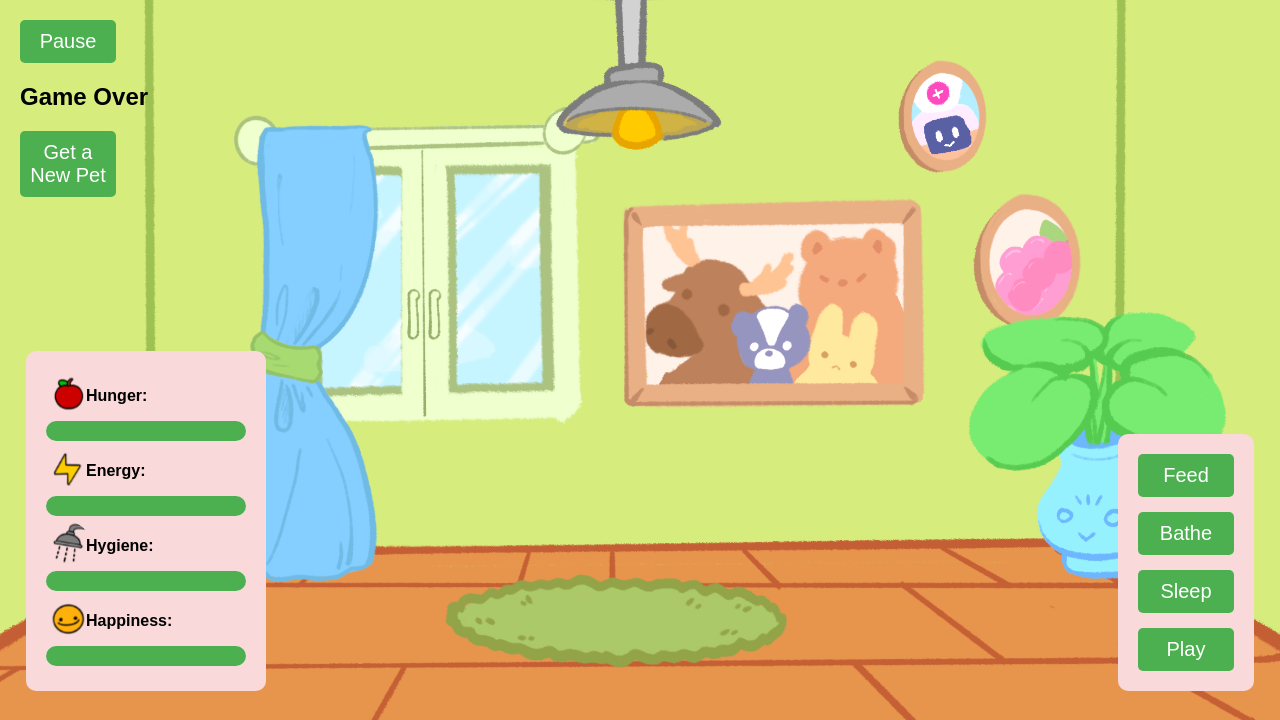
Repository: sarahjx/CapyCare
Page: html/index.html
An editor plug-in stored every save of this project. The page is shown before and after the next save, followed by the edit.
The browser window is 1280 px wide. The pictures show the whole page.
Some web fonts or font styles are not loaded; a fallback is used.

Above is the page before, as saved 2025-05-01 14:16:56.
Console error: TypeError: Cannot set properties of null (setting 'innerText')

After the next save:
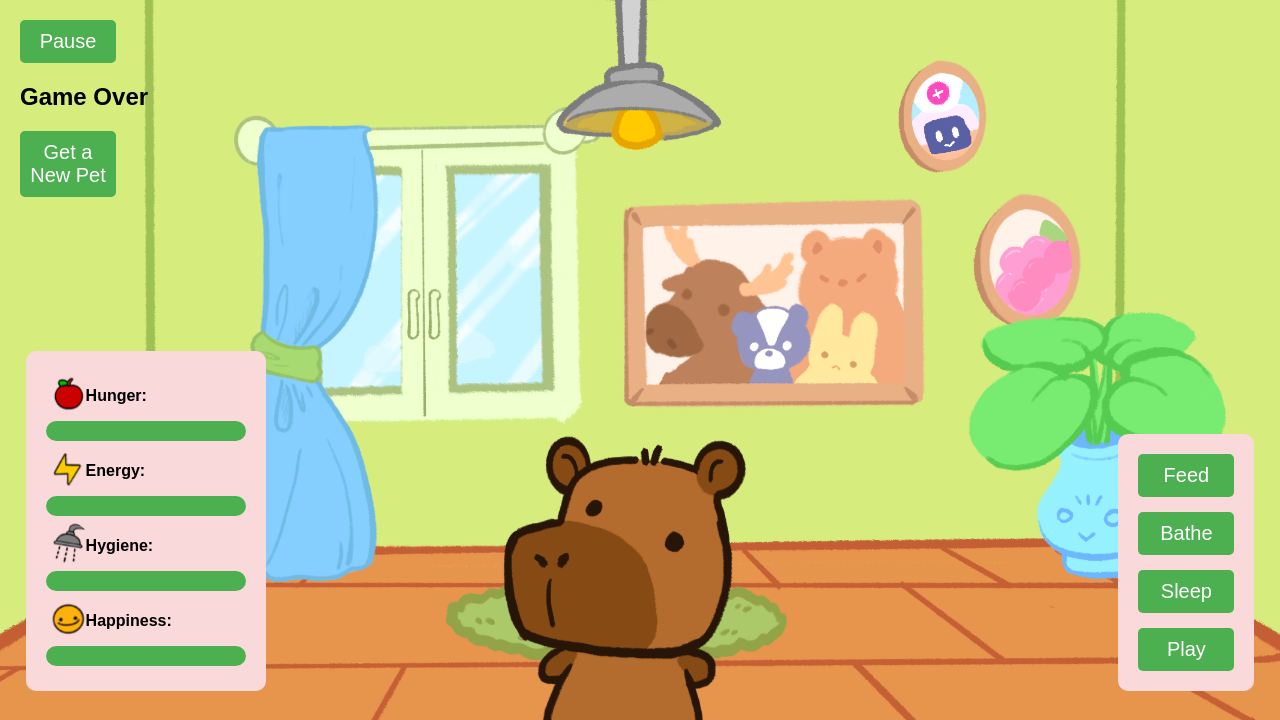
Saved 23 s later.
--- a/css/statusbar.css
+++ b/css/statusbar.css
@@ -39,31 +39,10 @@ body {
   justify-content: center;
 }
 
-@keyframes idleRotate {
-  0% {
-    transform: rotate(-2deg) scale(0.3);
-  }
-  50% {
-    transform: rotate(2deg) scale(0.3);
-  }
-  100% {
-    transform: rotate(-2deg) scale(0.3);
-  }
-}
-
 .pet-image {
   transform: scale(0.3);
   position: fixed;
   margin-top: 1200px;
-  animation: idleRotate 3s ease-in-out infinite;
-  transition: transform 0.3s ease;
-  cursor: pointer;
-  transform-origin: center bottom;
-}
-
-.pet-image:hover {
-  transform: scale(0.35);
-  animation-play-state: paused;
 }
 
 .status-bar-container {

After the save that followed:
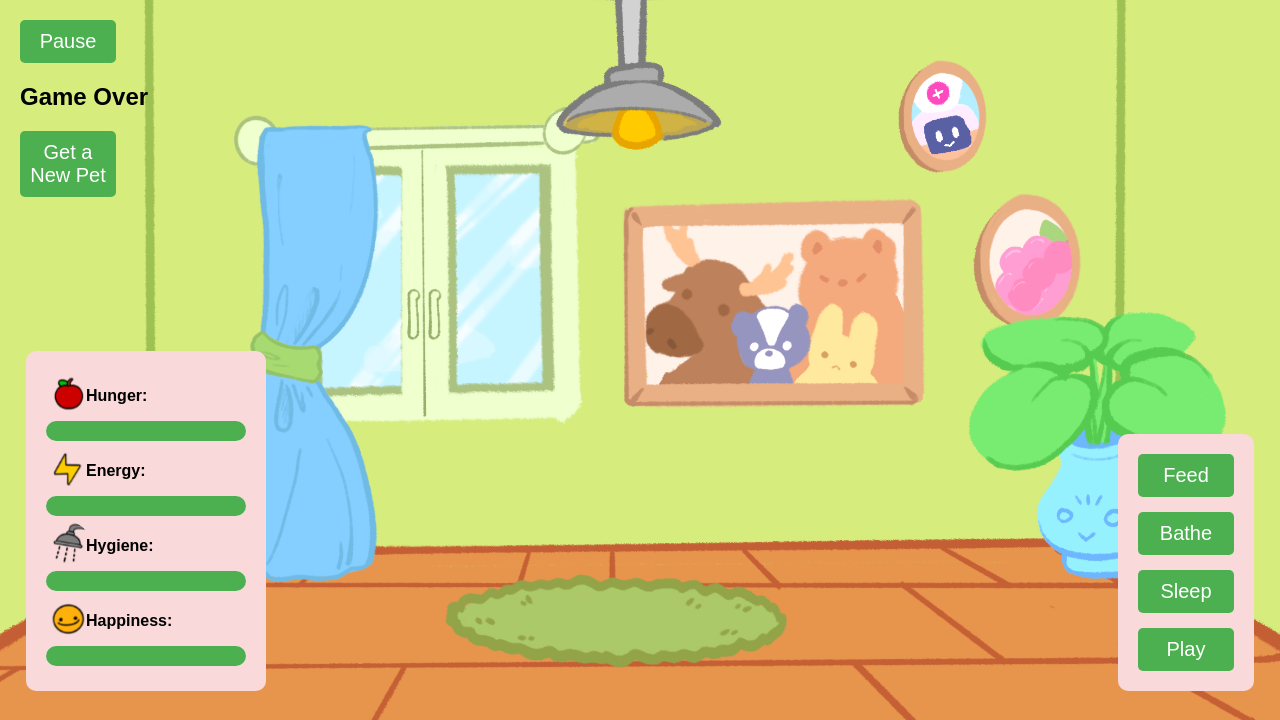
Saved 21 s later.
--- a/css/statusbar.css
+++ b/css/statusbar.css
@@ -39,10 +39,24 @@ body {
   justify-content: center;
 }
 
+@keyframes idleRotate {
+  0% {
+    transform: rotate(-1deg) scale(0.3);
+  }
+  50% {
+    transform: rotate(1deg) scale(0.3);
+  }
+  100% {
+    transform: rotate(-1deg) scale(0.3);
+  }
+}
+
 .pet-image {
   transform: scale(0.3);
   position: fixed;
   margin-top: 1200px;
+  animation: idleRotate 4s ease-in-out infinite;
+  transform-origin: center bottom;
 }
 
 .status-bar-container {
